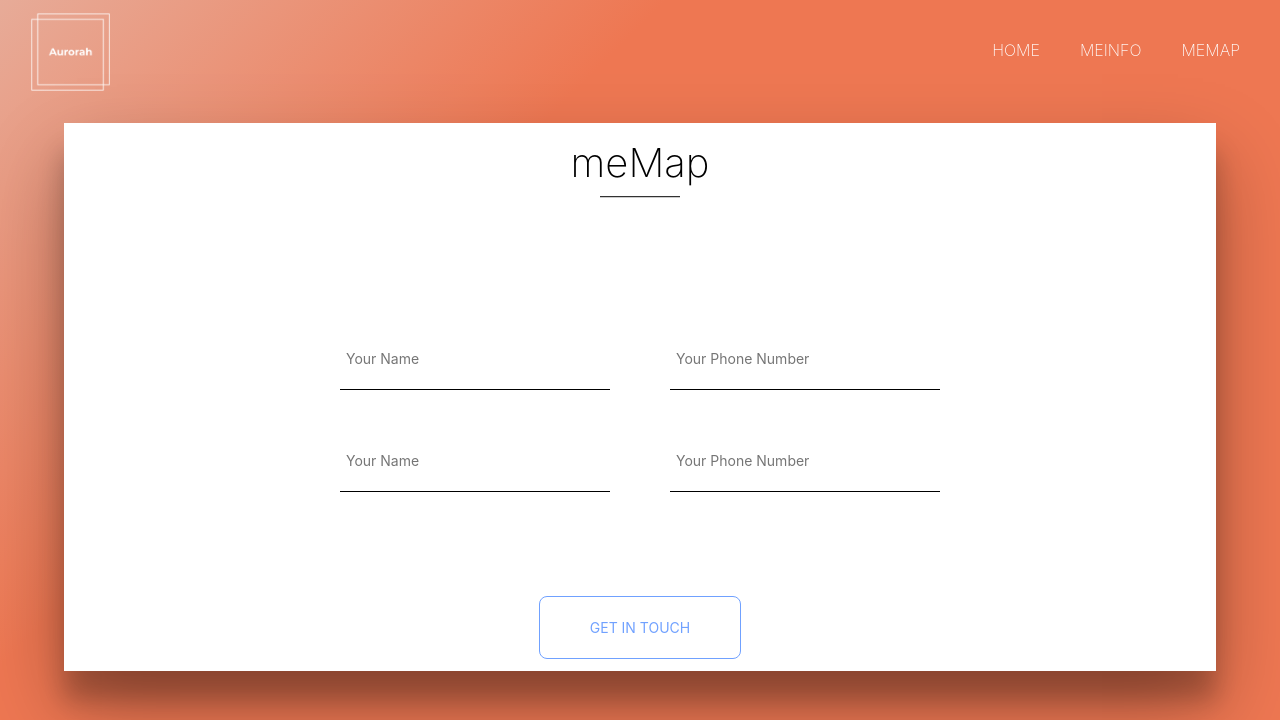
Repository: aasirvalji/saferMe
Page: /alt
An editor plug-in stored every save of this project. The page is shown before and after the next save, followed by the edit.
The browser window is 1280 px wide. The pictures show the whole page.
An inner scrolling area shows only its first screen. The project was rebuilt for these pictures with package versions that can differ from the ones it lists, and the page was loaded fresh each time. Also part of the build but not shown: src/components/Landing.js, src/styles/Services.css, src/components/Services.js, src/styles/MapDisplay.css, src/mapStyles.js, src/components/MapDisplay.js, src/styles/AboutDisplay.css, src/components/AboutDisplay.js and 1 more.

Above is the page before, as saved 2020-02-15 12:55:37.

### public/index.html
<!DOCTYPE html>
<html lang="en">
  <head>
    <meta charset="utf-8" />
    <link rel="icon" href="%PUBLIC_URL%/favicon.ico" />
    <meta name="viewport" content="width=device-width, initial-scale=1" />
    <meta name="theme-color" content="#000000" />
    <meta
      name="description"
      content="Web site created using create-react-app"
    />
    <link rel="apple-touch-icon" href="%PUBLIC_URL%/logo192.png" />
    <!--
      manifest.json provides metadata used when your web app is installed on a
      user's mobile device or desktop. See https://developers.google.com/web/fundamentals/web-app-manifest/
    -->
    <link rel="manifest" href="%PUBLIC_URL%/manifest.json" />
    <!--
      Notice the use of %PUBLIC_URL% in the tags above.
      It will be replaced with the URL of the `public` folder during the build.
      Only files inside the `public` folder can be referenced from the HTML.

      Unlike "/favicon.ico" or "favicon.ico", "%PUBLIC_URL%/favicon.ico" will
      work correctly both with client-side routing and a non-root public URL.
      Learn how to configure a non-root public URL by running `npm run build`.
    -->

    <link
    rel="stylesheet"
    href="https://maxcdn.bootstrapcdn.com/bootstrap/4.3.1/css/bootstrap.min.css"
    integrity="sha384-ggOyR0iXCbMQv3Xipma34MD+dH/1fQ784/j6cY/iJTQUOhcWr7x9JvoRxT2MZw1T"
    crossorigin="anonymous"
  />

  <link rel="stylesheet" href="https://use.fontawesome.com/releases/v5.7.2/css/all.css" integrity="sha384-fnmOCqbTlWIlj8LyTjo7mOUStjsKC4pOpQbqyi7RrhN7udi9RwhKkMHpvLbHG9Sr" crossorigin="anonymous">

    <title>Aurorah</title>
  </head>
  <body>
    <noscript>You need to enable JavaScript to run this app.</noscript>
    <div id="root"></div>
    <!--
      This HTML file is a template.
      If you open it directly in the browser, you will see an empty page.

      You can add webfonts, meta tags, or analytics to this file.
      The build step will place the bundled scripts into the <body> tag.

      To begin the development, run `npm start` or `yarn start`.
      To create a production bundle, use `npm run build` or `yarn build`.
    -->
  </body>
</html>

### src/App.js
import React from 'react';
import './App.css';
import Navigate from './components/Navigate'
import Landing from './components/Landing'
import Services from './components/Services'
import MapDisplay from './components/MapDisplay'
import AltDisplay from './components/AltDisplay'
import AboutDisplay from './components/AboutDisplay'

import SampleDisplay from './components/SampleDisplay';


import {
  BrowserRouter as Router,
  Switch,
  Route,
} from "react-router-dom";

class App extends React.Component { //when working with any type of data, call it in App then pass to comp on interest

  constructor(props) {
    super(props);

  }

/* start api sample */
/*
  componentDidMount() {
    fetch("https://api.example.com/items")
      .then(res => res.json())
      .then(
        (result) => {
          this.setState({
            isLoaded: true,
            items: result.items
          });
        },
        // Note: it's important to handle errors here
        // instead of a catch() block so that we don't swallow
        // exceptions from actual bugs in components.
        (error) => {
          this.setState({
            isLoaded: true,
            error
          });
        }
      )
  }
  */
/* end api sample */
  render(){


  return (
    <Router>
    <div className="App">

    <Switch>

    <Route exact path="/">
    <div className='landing-div'>
    <Navigate></Navigate>
    <Landing></Landing>
    <img className='wave' src='https://www.ochrehealth.com.au/wp-content/uploads/2018/10/slider-wave.png' alt=''></img>  {/* wave pattern*/}
    </div>
    {/* services placement*/}
    {/* maps placement*/}
    </Route>

    <Route path="/about">
    <div className='about-background'>
    <Navigate></Navigate>

    <AboutDisplay></AboutDisplay>
    </div>
    </Route>

    <Route path="/map">
    <div className='map-background'>
    <Navigate></Navigate>

  <MapDisplay></MapDisplay>
    </div>
    </Route>

    <Route path="/graph">
    <div className='graph-background'>
    <Navigate></Navigate>


    </div>
    </Route>

    <Route path="/alt">
    <div className='alt-background'>
    <Navigate></Navigate>

    <AltDisplay></AltDisplay>
    </div>
    </Route>

    </Switch>

    </div>
    </Router>

  );
  }
}

export default App;

### src/App.css
.landing-div {
    height: 100vh;
	background: linear-gradient(-45deg, #ee7752, #e73c7e,#FF4136, #85144b);
	background-size: 400% 400%;
    animation: gradient 10s ease infinite;

}


@keyframes gradient {
	0% {
		background-position: 0% 50%;
	}
	50% {
		background-position: 100% 50%;
	}
	100% {
		background-position: 0% 50%;
	}
}

.landing-div .wave{
    margin-right: 20vh;
    height: 15vh;
    width: 100%;
    position: absolute;
    bottom: 0;
}

@media screen and (max-width:700px) {

    .landing-div {
        height: 110vh;
    }

    .landing-div .wave{
    display: none;
    }

}

.about-background{
    background: linear-gradient(-45deg, #23a6d5, #23a6d5,#23a6d5, #acceda);
    height: 100vh;
}

.map-background{
    background: linear-gradient(-45deg, #5444c4, #5444c4,#5444c4, #908ab9);
    height: 100vh;
}

.graph-background{
    background: linear-gradient(-45deg, #e73c7e, #e73c7e,#e73c7e, #e0a0b9);
    height: 100vh;
}

.alt-background{
    background: linear-gradient(-45deg, #ee7752, #ee7752,#ee7752, #e7ab98);
    height: 100vh;
}

### src/components/Navigate.js
import React from 'react';
import '../styles/Navigate.css';
import {}
from 'react-bootstrap';
import img from '../assets/Au.png'

import { Link } from "react-router-dom";


function Navigate() {
    return (
    <>
  <div class="header">
    <h2 class="logo"><img src={img}></img></h2>
    <input type="checkbox" id="chk"></input>
    <label for="chk" class="show-menu-btn">
      <i class="fas fa-ellipsis-h"></i>
    </label>

    <ul class="menu">
      <Link to="/"><a>Home</a></Link>
      {/*<Link to="/about"><a>About</a></Link>*/}
      <Link to="/alt"><a>meInfo</a></Link>
      <Link to="/map"><a>meMap</a></Link>
      {/*<Link to="/graph"><a>eGraph</a></Link>*/}

      <label for="chk" class="hide-menu-btn">
        <i class="fas fa-times"></i>
      </label>
    </ul>
  </div>
</>
);
}


export default Navigate;

### src/components/AltDisplay.js
import React from 'react';
import '../styles/AltDisplay.css'




class AltDisplay extends React.Component{

  constructor(props){
    super(props);

    this.state = {username: '',
    userNumber: '',
    emergencyName: '',
    emergencyNumber: '',
  };

    this.handleChange = this.handleChange.bind(this);
    this.handleSubmit = this.handleSubmit.bind(this);
}

handleChange = (event) => {
  this.setState({
  [event.target.name] : event.target.value
})
}

handleSubmit(event) {

  alert('A name was submitted: ' + this.state.username);
  console.log(this.state.userNumber)
  console.log(this.state.emergencyName)
  console.log(this.state.emergencyNumber)
  event.preventDefault();
}

render(){
    return(
        <>

<div className='alt-con'>

<div className='alt-header'>
<h1>meMap</h1>
</div>

<form class="contact-section" onSubmit={this.handleSubmit}>
      <div class="inner-width">

        <input type="text" class="name" placeholder="Your Name" name = 'username'
        value={this.state.value} onChange={this.handleChange} ></input>

       <input type="number" class="email" placeholder="Your Phone Number" name ="userNumber"
       username={this.state.username} onChange={this.handleChange} ></input>

      <input type="text" class="name" placeholder="Your Name" name = 'emergencyName'
        value={this.state.value} onChange={this.handleChange} ></input>

       <input type="number" class="email" placeholder="Your Phone Number" name ="emergencyNumber"
       username={this.state.username} onChange={this.handleChange} ></input>

        <button type='submit' value="Submit">Get in touch</button>
      </div>
    </form>

</div>

        </>
    )
}
}


export default AltDisplay;

### src/styles/Navigate.css
/* Start Navbar */

.header{
    height: 100px;
    background: transparent;
    padding: 0 20px;
    color: white;
    font-weight: 200;
  }
  .logo{
    line-height: 100px;
    float: left;
  }

  .header h2{
    font-weight: 200;
  }

  .header img{
    width: 12vh;
    height: 12vh;
    margin-left: 1vh;
  }

  .menu{
    float: right;
    line-height: 100px;
  }
  .menu a{
    color: white;
    text-transform: uppercase;
    text-decoration: none;
    padding: 0 10px;
    transition: 0.4s;
  }
  .show-menu-btn,.hide-menu-btn{
    transition: 0.4s;
    font-size: 30px;
    cursor: pointer;
    display: none;
  }
  .show-menu-btn{
    float: right;
  }
  .show-menu-btn i{
    line-height: 100px;
  }
  .menu a:hover,
  .show-menu-btn:hover,
  .hide-menu-btn:hover{
    transition: .5s;
    color: black;
  }

  #chk{
    position: absolute;
    visibility: hidden;
    z-index: -1111;
  }

  .content{
    padding: 0 20px;
  }
  .content img{
    width: 100%;
    max-width: 700px;
    margin: 20px 0;
  }
  .content p{
    text-align: justify;
  }

  @media screen and (max-width:800px) {
    .show-menu-btn,.hide-menu-btn{
      display: block;
    }
    .menu{
      position: fixed;
      width: 100%;
      height: 100vh;
      background: linear-gradient(-45deg, #ee7752, #e73c7e,#5444c4, #23a6d5);
      right: -100%;
      top: 0;
      text-align: center;
      padding: 80px 0;
      line-height: normal;
      transition: 0.7s;
      z-index: 1000;
    }
    .menu a{
      display: block;
      padding: 20px;
    }

    .menu a:hover{
      cursor: pointer;
    }

    .hide-menu-btn{
      position: absolute;
      top: 40px;
      right: 40px;
    }
    #chk:checked ~ .menu{
      right: 0;
    }
  }

  /* End Navbar */

### src/styles/Landing.css


  * {
    box-sizing: border-box;
    margin: 0;
    padding: 0;
  }


  h1 {
    line-height: 1.3;

  }

  img {
    width: 90%;
  }

  .container {
    max-width: 1200px;
    margin: auto;
    padding: 0 2rem;
    margin-top: 13vh;
  }

  .container h1, p{
    margin-top: 10vh;
    color: white;
  }

  .main-header{
    -webkit-animation: fadein 4s; /* Safari, Chrome and Opera > 12.1 */
    -moz-animation: fadein 4s; /* Firefox < 16 */
     -ms-animation: fadein 4s; /* Internet Explorer */
      -o-animation: fadein 4s; /* Opera < 12.1 */
         animation: fadein 4s;
  }

  .main-subheader{
    -webkit-animation: fadein 4s; /* Safari, Chrome and Opera > 12.1 */
    -moz-animation: fadein 4s; /* Firefox < 16 */
     -ms-animation: fadein 4s; /* Internet Explorer */
      -o-animation: fadein 4s; /* Opera < 12.1 */
         animation: fadein 4s;
  }

  .section-a {
    margin: 2rem 0;
  }

  .section-a .container {
    display: grid;
    grid-template-columns: 1fr 1fr;
    grid-gap: 3rem;
    align-items: center;
    justify-content: center;
  }

  .section-a h1 {
    font-size: 4rem;
    font-weight: 200;
  }

  .section-a p {
    font-size: 1.1rem;
    margin: 1rem 0 0 .775vh;
    font-weight: 200;
  }

  .floating{
    animation-name: floating;
    animation-duration: 3s;
    animation-iteration-count: infinite;
    animation-timing-function: ease-in-out;
    z-index: 100;
  }


  @keyframes floating {
    from { transform: translate(0,  0px); }
    50%  { transform: translate(0, 20px); }
    to   { transform: translate(0, -0px); }
}

  @media (max-width: 700px) {
    .section-a .container {
      grid-template-columns: 1fr;
      text-align: center;
    }

    .section-a .container div:first-child {
      order: 2;
    }

    .section-a .container div:nth-child(2) {
      order: -1;
    }

    .section-a img {
      width: 80%;
      margin: auto;
    }
  }

/* fade in animation*/

@keyframes fadein {
  from { opacity: 0; }
  to   { opacity: 1; }
}

/* Firefox < 16 */
@-moz-keyframes fadein {
  from { opacity: 0; }
  to   { opacity: 1; }
}

/* Safari, Chrome and Opera > 12.1 */
@-webkit-keyframes fadein {
  from { opacity: 0; }
  to   { opacity: 1; }
}

/* Internet Explorer */
@-ms-keyframes fadein {
  from { opacity: 0; }
  to   { opacity: 1; }
}

/* Opera < 12.1 */
@-o-keyframes fadein {
  from { opacity: 0; }
  to   { opacity: 1; }
}

### src/styles/AltDisplay.css
/* Try adding wave to Navbar */

.alt-con{
    transform: translateY(1vh);
    color: black;
    width: 90%;
    height: 76vh;
    margin: 15px auto;
    background: white;
    overflow: hidden;
    position: relative;
    top: 0;
    -webkit-box-shadow: 0 38px 76px rgba(0, 0, 0, 0.3), 0 30px 24px rgba(0, 0, 0, 0.22);
            box-shadow: 0 38px 76px rgba(0, 0, 0, 0.3), 0 30px 24px rgba(0, 0, 0, 0.22);
            overflow-y: auto;
}

.alt-con p{
    color: white;
}

.alt-header h1{
    color: black;
    text-align: center;
    font-weight: 200;
    margin-top: 2vh;
    margin-bottom: 8vh;
}

.alt-header h1:after {

    content: '';
    transform: translateY(1vh);
    margin: auto;
    border-bottom: .1vh solid black;
    width: 11vh;
    display: block;

}

.alt-details p{
    font-weight: 300;
    margin: auto;
    color: black;
    text-align: center;
    width: 50%;
    margin-bottom: 3vh;
}

.alt-details img{
    display: block;
    margin: 0 auto;
    height: 40vh;
    width: 50vh;
}

/* sample */

.middle{
    position: relative;
    margin: auto;
  }

  .task-list{
    width: 400px;
    padding: 40px;
    background: linear-gradient(-45deg, #ee7752, #ee7752,#ee7752, #e7ab98);
    background-size: cover;
  }
  .task-list h2{
    color: #fff;
    font-weight: 220;
  }
  .task{
    display: flex;
    padding: 10px 0;
    align-items: center;
    cursor: pointer;
    font-weight: 220;
  }

  .task input{
    position: absolute;
    visibility: hidden;
  }

  .task i{
    display: inline-block;
    width: 48px;
    height: 48px;
    border-radius: 50%;
    border: 1px solid white;
    text-align: center;
    line-height: 48px;
    font-size: 20px;
    margin-right: 14px;
    color: transparent;
  }

  .text{
    font-size: 18px;
    color: #fff;
  }

  .task input:checked ~ i{
    color: white;
  }

  .task input:checked ~ .text{
    text-decoration: line-through;
    color: white;
  }












  .contact-section{
    background: transparent;
    padding: 80px 0;
    text-align: center;
  }

  .inner-width{
    max-width: 600px;
    margin: auto;

  }

  .contact-section h1{
    font-size: 20px;
    color: #000000;
    text-transform: uppercase;
    letter-spacing: 4px;
    font-weight: 400;
  }

  .name,.email{
    background: none;
    border:none;
    outline: none;
    border-bottom: 1px solid;
    color: #000000;
    padding: 20px 6px;
    font-size: 14px;
    margin-bottom: 40px;
  }

  .name{
    float: left;
    width: 270px;
  }

  .email{
    float: right;
    width: 270px;
  }

  .message{
    min-width: 100%;
    max-width: 100%;
  }


  .contact-section button{
    margin-top: 4rem;
    background: none;
    color: #70a1ff;
    border: 1px solid #70a1ff;
    padding: 20px 50px;
    border-radius: 8px;
    text-transform: uppercase;
    font-size: 14px;
    transition: 0.4s linear;
    cursor: pointer;
  }

  .contact-section button:hover{
    background: #70a1ff;
    color: #fff;
  }


  @media screen and (max-width:600px){
    .name,.email{
      width: 100%;
    }
  }

Loaded but not shown: src/index.js (common file); src/index.css (common file); src/serviceWorker.js (common file)

After the next save:
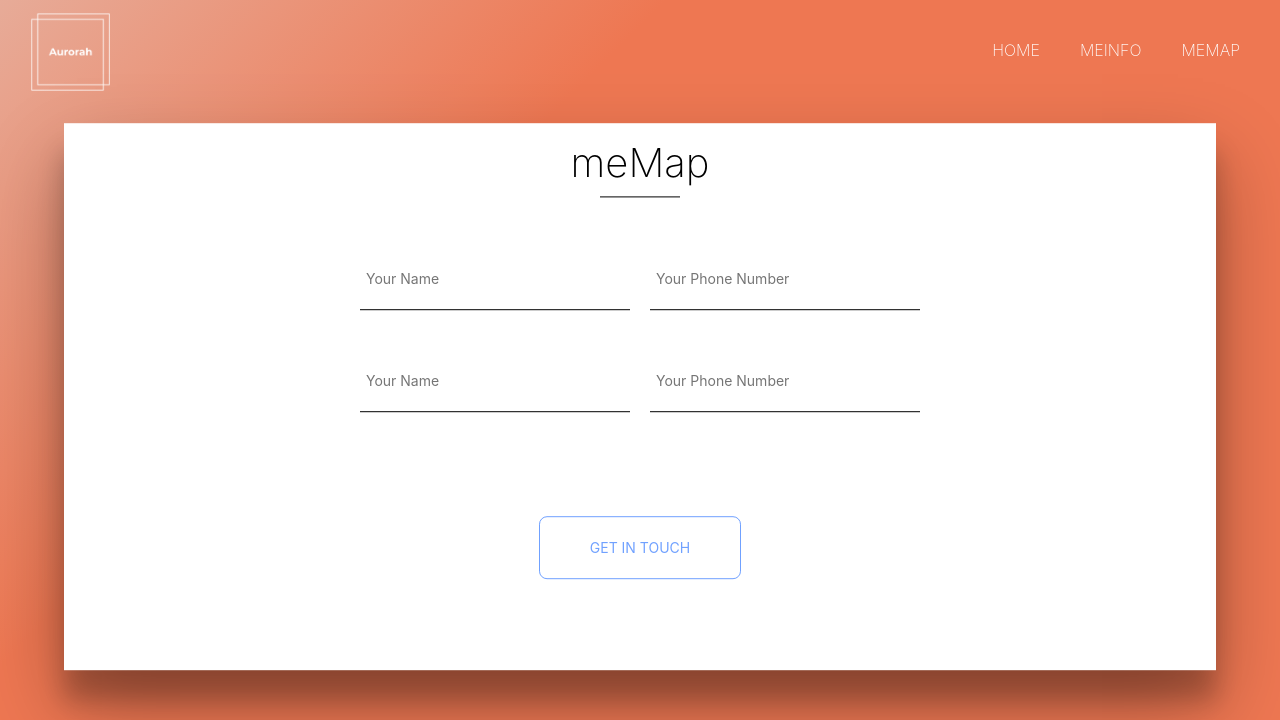
Saved 5 s later.
--- a/src/styles/AltDisplay.css
+++ b/src/styles/AltDisplay.css
@@ -124,14 +124,14 @@
 
   .contact-section{
     background: transparent;
-    padding: 80px 0;
+
     text-align: center;
   }
 
   .inner-width{
     max-width: 600px;
     margin: auto;
-
+    padding: 0 20px;
   }
 
   .contact-section h1{
